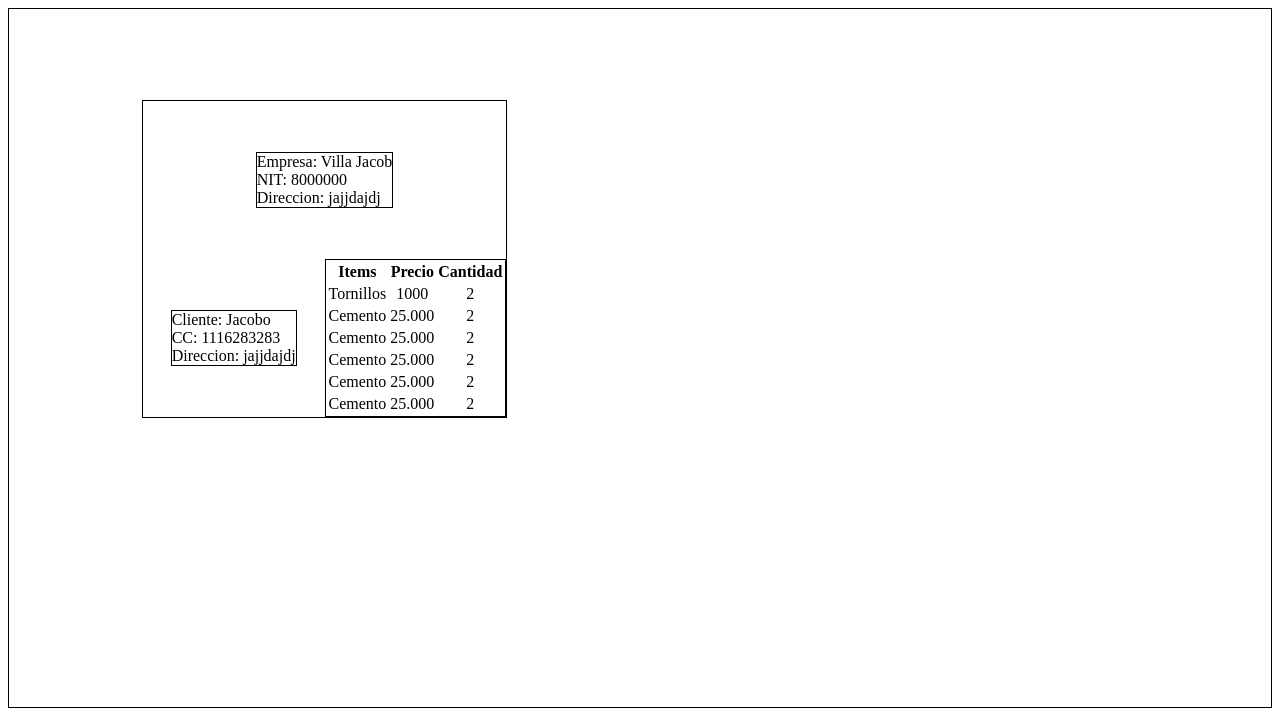
Repository: MrVanQish/FacturaEstructura
Page: index.html
The author's editor kept a copy of each file at every save. The page is drawn from the files as they stood at one save, then again after the next save.
The browser window is 1280 px wide. The pictures show the whole page.

Above is the page before, as saved 2021-09-29 10:04:27.

After the next save:
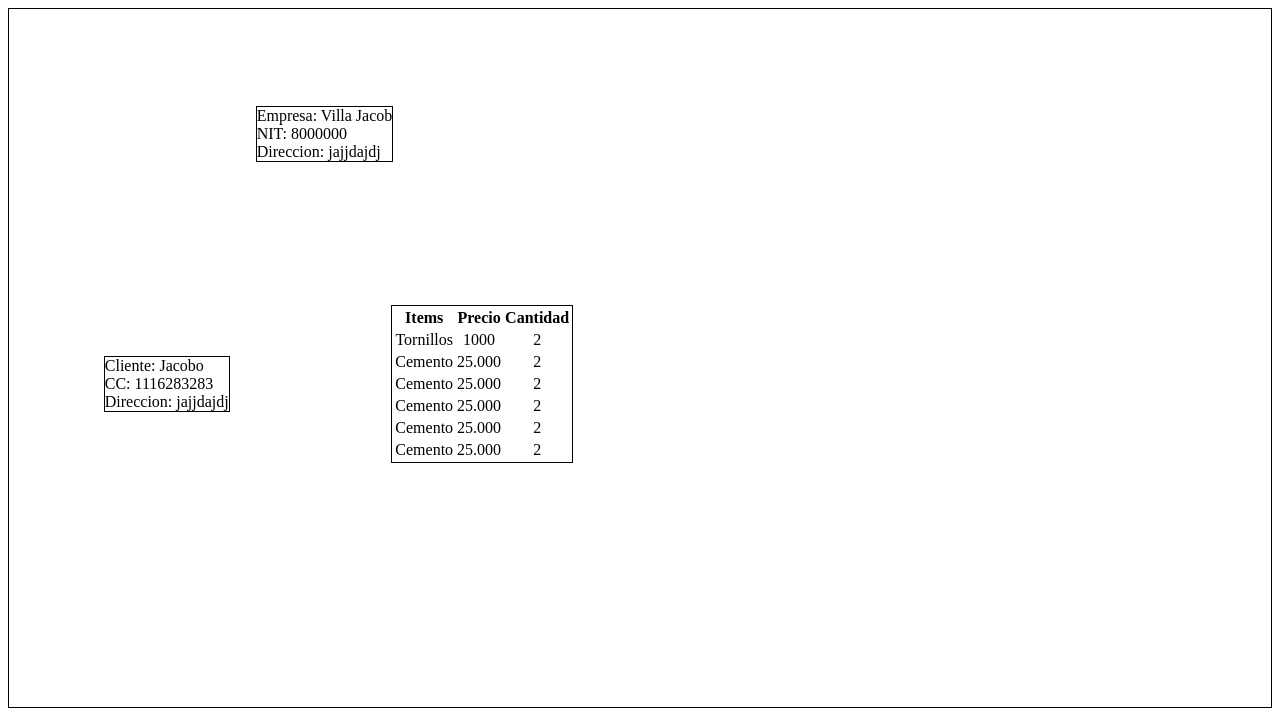
Saved 39 s later.
--- a/styles.css
+++ b/styles.css
@@ -16,9 +16,9 @@
 
     display: grid;
     grid-area: f1;
-    align-self: center;
+  /*   align-self: center;
     border: 1px solid #000;
-    justify-self: center;
+    justify-self: center; */
     grid-template-columns: 1fr 1fr;
     grid-template-rows: 1fr 1fr;
     grid-template-areas:

After the save that followed:
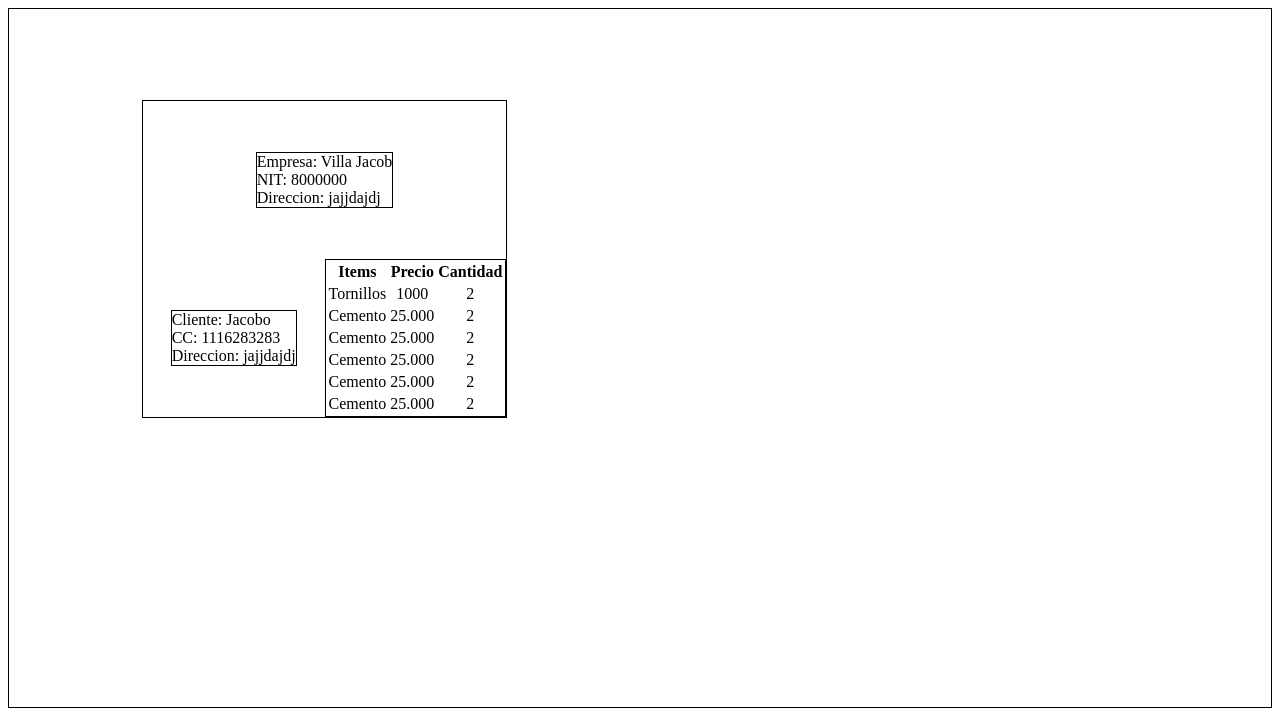
Saved 10 s later.
--- a/styles.css
+++ b/styles.css
@@ -16,9 +16,9 @@
 
     display: grid;
     grid-area: f1;
-  /*   align-self: center;
+    align-self: center;
     border: 1px solid #000;
-    justify-self: center; */
+    justify-self: center;
     grid-template-columns: 1fr 1fr;
     grid-template-rows: 1fr 1fr;
     grid-template-areas:
